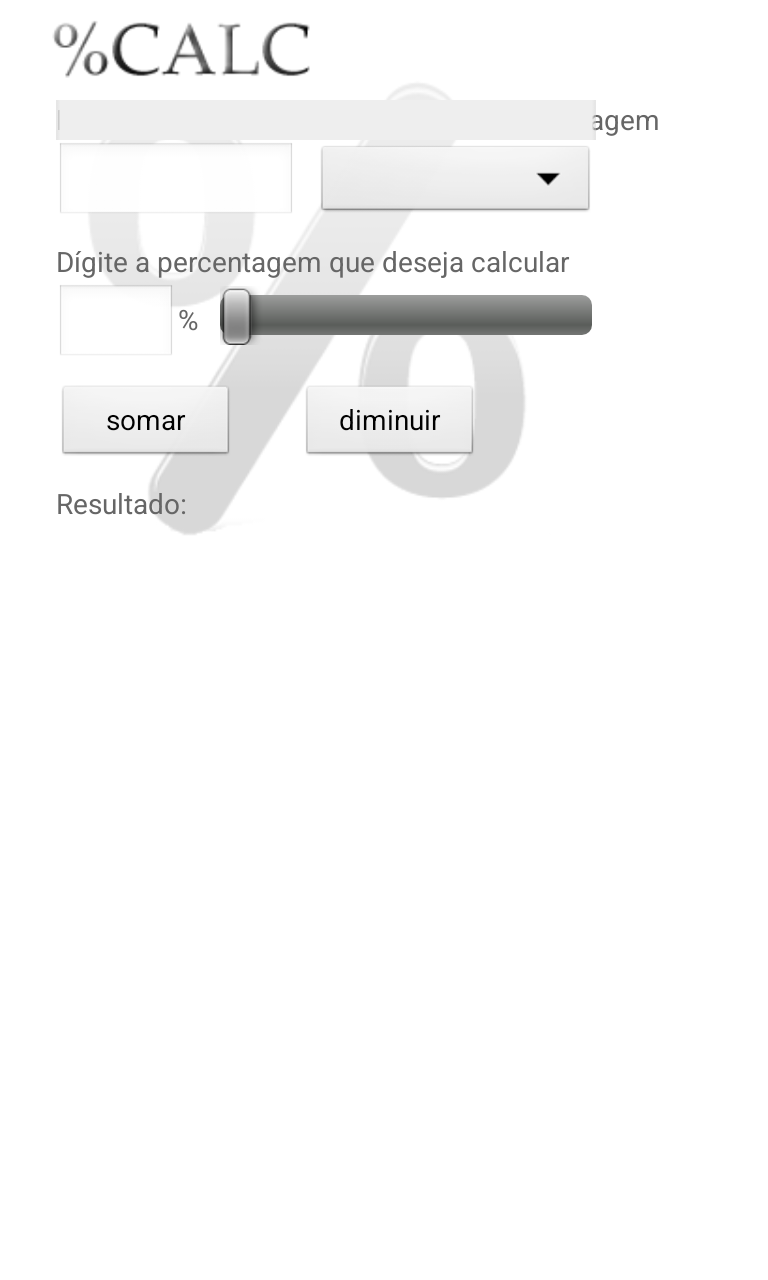
Repository: leoclaro/percentcalc
Layout: CalcularPercentagem/res/layout/main.xml
An editor plug-in stored every save of this project. The layout is shown before and after the next save, followed by the edit.
It is drawn on a 768 x 1280 px phone screen (xhdpi) without system bars, with theme android:Theme; the app's code is not run.

Above is the layout before, as saved 2012-05-09 19:01:25.

After the next save:
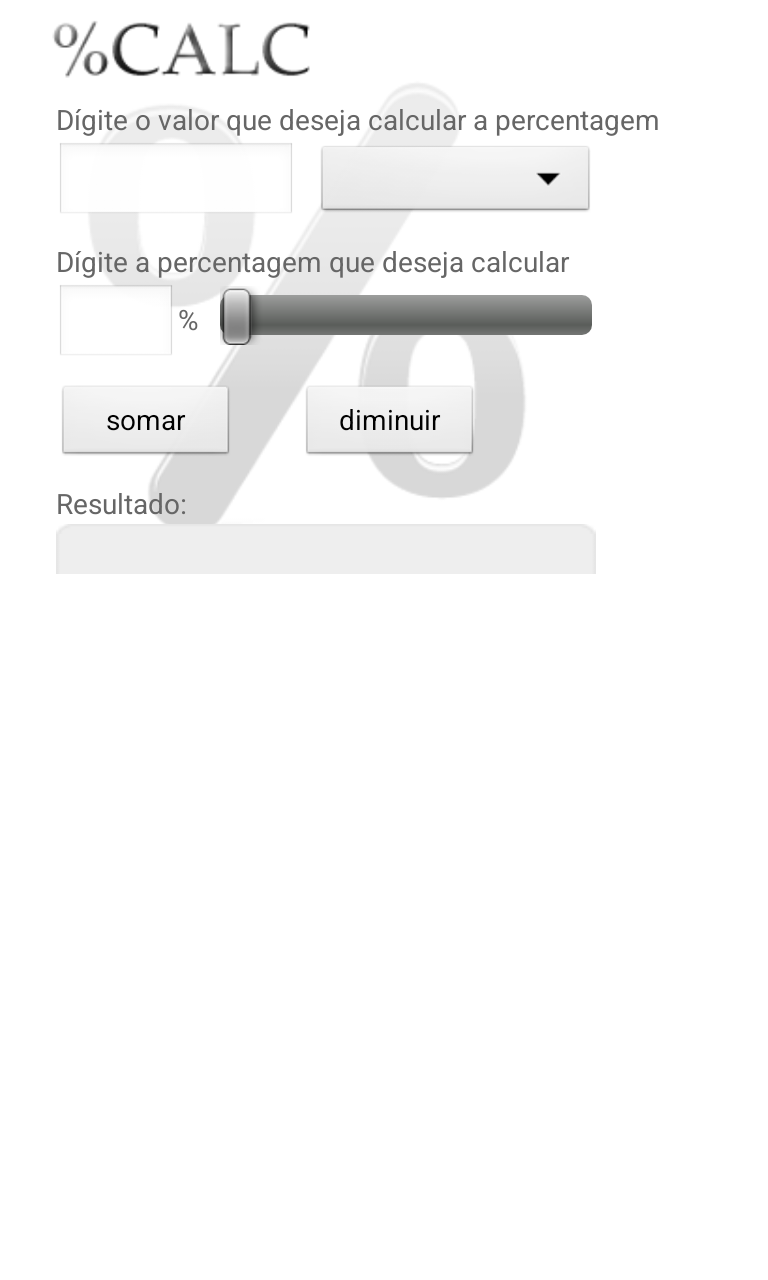
Saved 3 min 26 s later.
--- a/CalcularPercentagem/res/layout/main.xml
+++ b/CalcularPercentagem/res/layout/main.xml
@@ -124,14 +124,15 @@
 		        android:layout_height="5dp"
 		        android:layout_below="@+id/textViewLabelResultado"
 		        android:layout_marginTop="1dp"
-		        android:contentDescription="@string/image_bg"
-		        android:src="@drawable/bg_resultado_top" />
+		        android:layout_alignLeft="@+id/textViewValor"
+		        android:background="@drawable/bg_resultado_top">
+			</RelativeLayout>
 		    <RelativeLayout
 		        android:id="@+id/relativeLayout1"
 		        android:layout_width="270dp"
 		        android:layout_height="wrap_content"
 		        android:layout_alignLeft="@+id/textViewValor"
-		        android:layout_below="@+id/imageViewBG"
+		        android:layout_below="@+id/relativeLayoutBG"
 		        android:background="@drawable/bg_resultado" >
 
 		        <TextView
